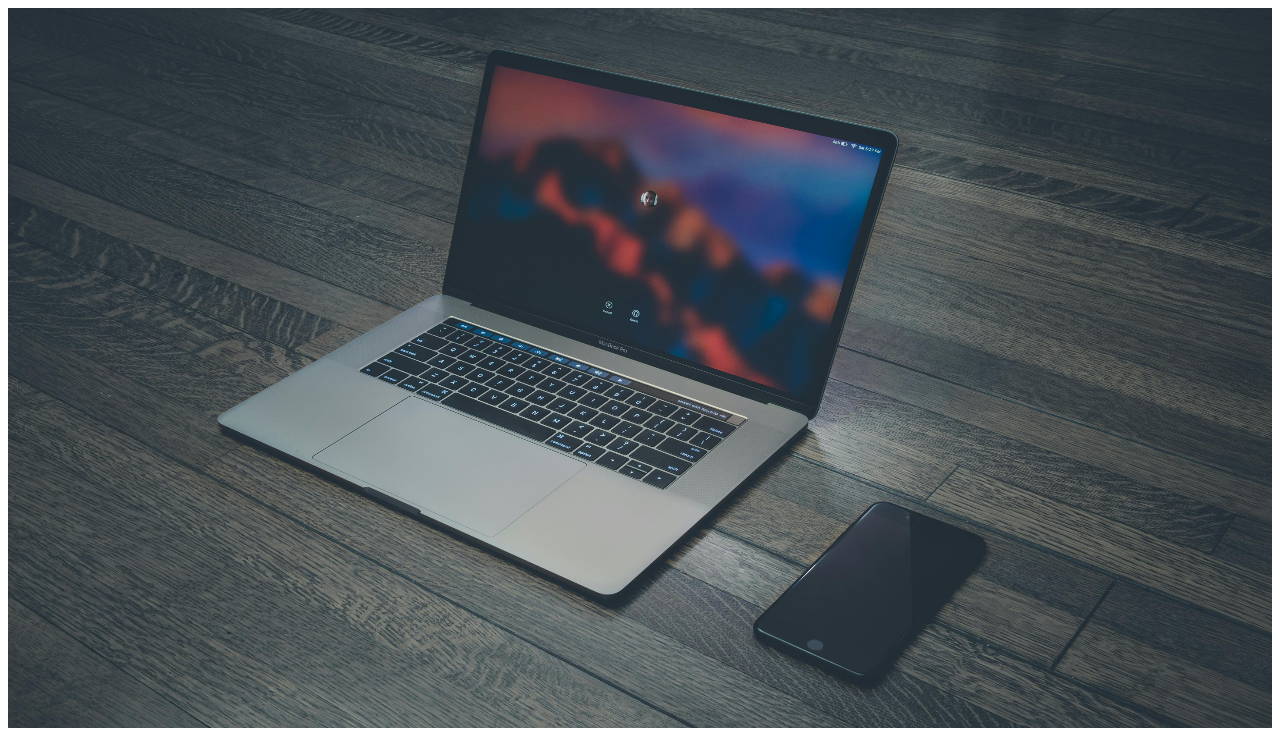
Repository: MrHadSheanas/Image_Fouce
Page: index.html
These files come from the project's save history. The page is drawn as it stood at one moment and after a run of saves; the edit follows.
The browser window is 1280 px wide. The pictures show the whole page.

Above is the page before, as saved 2025-09-06 06:39:15.

### index.html
<!DOCTYPE html>
<html lang="en">
<head>
   <meta charset="UTF-8">
   <meta name="viewport" content="width=device-width, initial-scale=1.0">
   <title>Document</title>
   <link rel="stylesheet" href="style.css">
</head>
<body>

 <h1>Fouce</h1>
 <img src="pexels-veeterzy-303383.jpg" alt="">

</body>
</html>

### style.css
img{
   position: relative;
   width: 100%;
   height:100vh;
   display: flex;


}
h1{
   position: absolute;

}

After the next 4 saves:
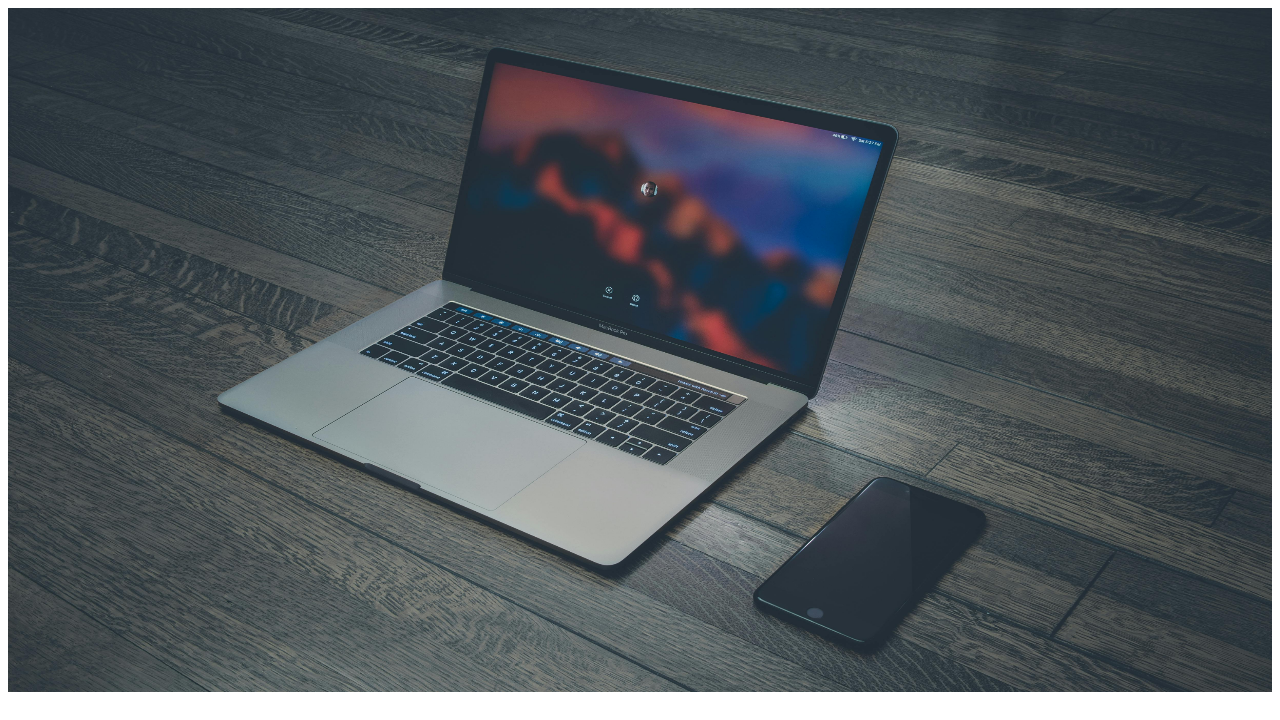
The 4 saves are shown as one change because they came seconds apart.
The last was saved 12 s later.
--- a/style.css
+++ b/style.css
@@ -1,7 +1,7 @@
 img{
    position: relative;
    width: 100%;
-   height:100vh;
+   height:95vh;
    display: flex;
 
 
